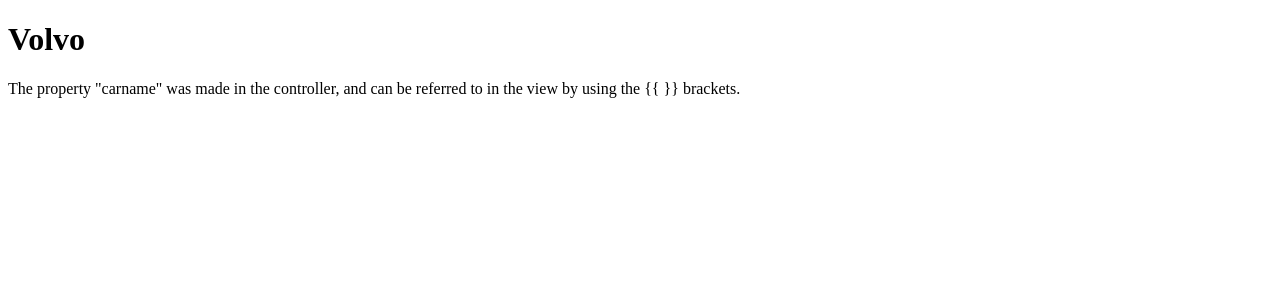
Repository: aneishkumar/Workspace2
Page: workspaceangularjs/angularjsdemo/WebContent/angularjsdemo2.html
The author's editor kept a copy of each file at every save. The page is drawn from the files as they stood at one save, then again after the next save.
The browser window is 1280 px wide. The pictures show the whole page.
Some web libraries are served in a nearby version.

Above is the page before, as saved 2018-02-02 11:19:34.

After the next save:
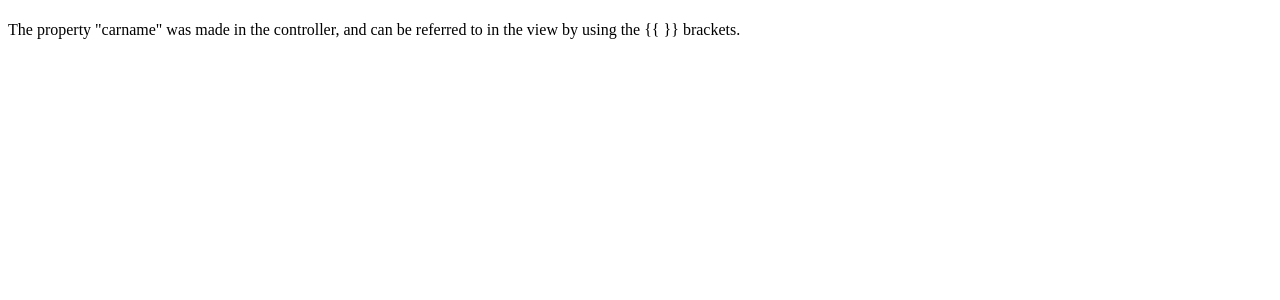
Saved 69 s later.
--- a/workspaceangularjs/angularjsdemo/WebContent/angularjsdemo2.html
+++ b/workspaceangularjs/angularjsdemo/WebContent/angularjsdemo2.html
@@ -12,7 +12,7 @@
 <script>
 var app = angular.module('myApp', []);
 app.controller('myCtrl', function($scope) {
-    $scope.carname = "Volvo";
+    $scope.myname = "Volvo";
 });
 </script>
 
